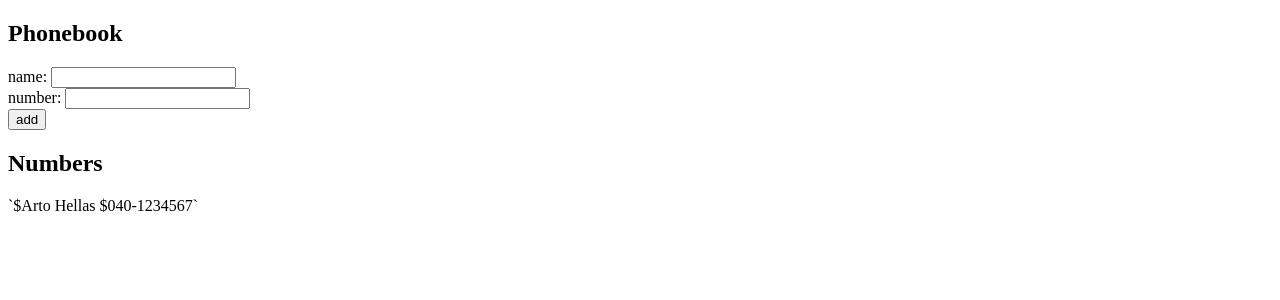
Repository: mariocapitbrok/helsinki-fullstack
Page: / (app in part2/phonebook/)
An editor plug-in stored every save of this project. The page is shown before and after the next save, followed by the edit.
The browser window is 1280 px wide. The pictures show the whole page.
The project was rebuilt for these pictures with package versions that can differ from the ones it lists, and the page was loaded fresh each time.

Above is the page before, as saved 2022-01-12 11:41:17.

### part2/phonebook/src/App.js
import React, { useState } from 'react'

const Person = ({ name, number }) => (
  <p>
    `${name} ${number}`
  </p>
)

const App = () => {
  const [persons, setPersons] = useState([
    {
      name: 'Arto Hellas',
      number: '040-1234567',
    },
  ])
  const [newName, setNewName] = useState('')
  const [newNumber, setNewNumber] = useState('')

  const handleSubmit = (e) => {
    e.preventDefault()
    const newPerson = {
      name: newName,
      number: newNumber,
    }

    persons.findIndex((person) => person.name === newPerson.name) === -1
      ? setPersons([...persons, newPerson])
      : alert(`${newPerson.name} is already added to phonebook`)
  }

  const handleChange = (e) => {
    setNewName(e.target.value)
  }

  return (
    <div>
      <h2>Phonebook</h2>
      <form onSubmit={handleSubmit}>
        <div>
          name: <input onChange={handleChange} value={newName} />
        </div>
        <div>
          number: <input onChange={handleChange} value={newNumber} />
        </div>
        <div>
          <button type="submit">add</button>
        </div>
      </form>
      <h2>Numbers</h2>
      {persons.map((person) => (
        <Person key={person.name} name={person.name} number={person.number} />
      ))}
    </div>
  )
}

export default App

Loaded but not shown: part2/phonebook/public/index.html (common file); part2/phonebook/src/index.js (common file)

After the next save:
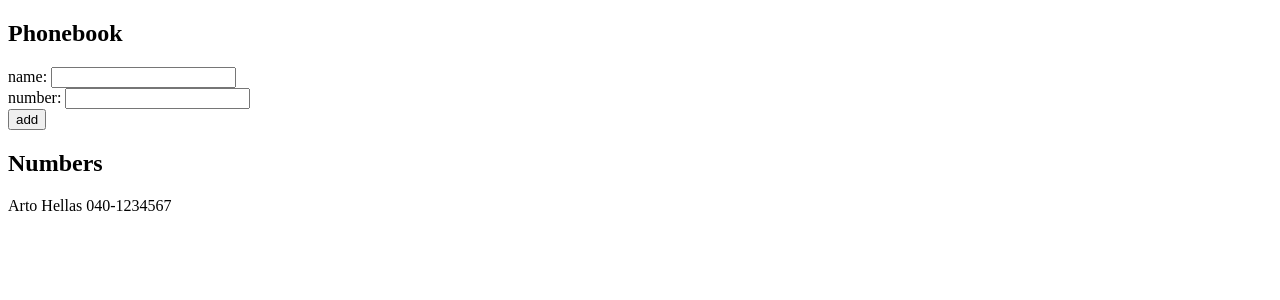
Saved 13 s later.
--- a/part2/phonebook/src/App.js
+++ b/part2/phonebook/src/App.js
@@ -2,7 +2,7 @@ import React, { useState } from 'react'
 
 const Person = ({ name, number }) => (
   <p>
-    `${name} ${number}`
+    {name} {number}
   </p>
 )
 
